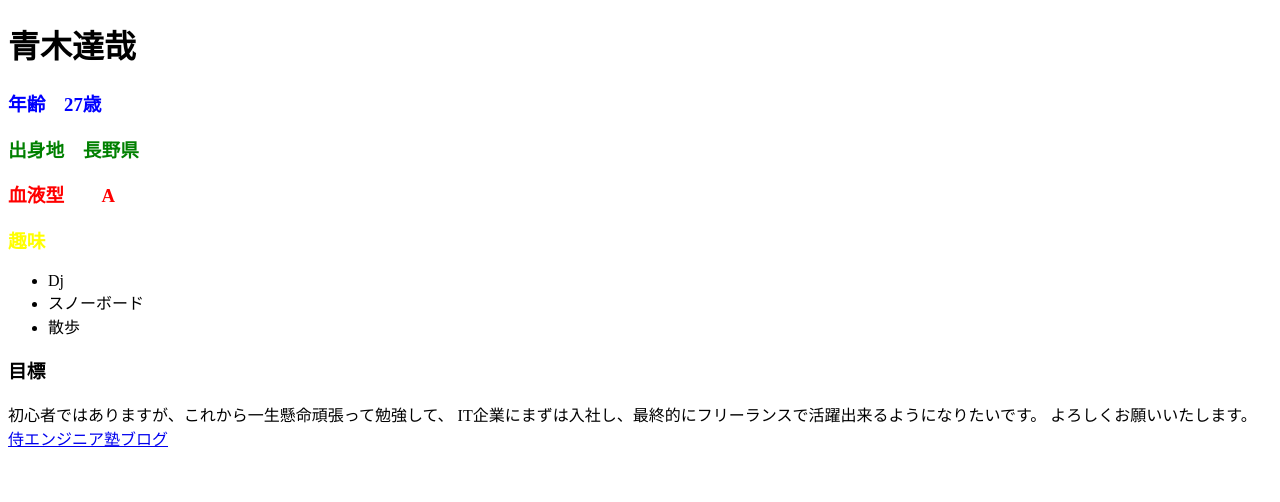
Repository: aotatsu8/samurai_HTML-CSS
Page: profile.html
The author's editor kept a record of every edit. The page is drawn from the files as they stood at one moment, then again after the next edit.
The browser window is 1280 px wide. The pictures show the whole page.

Above is the page before.

After the next edit:
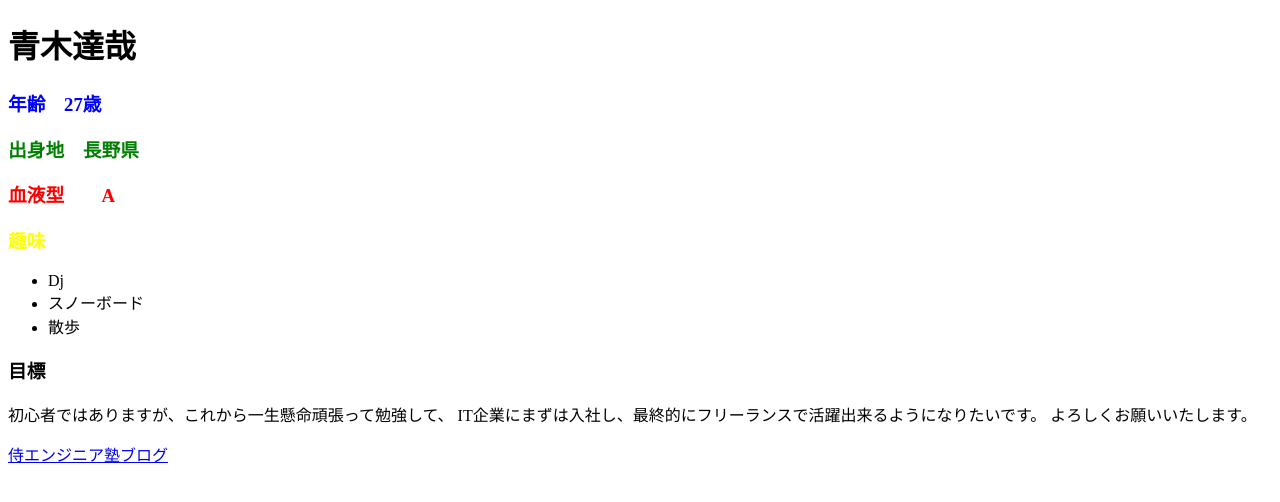
The edit:
--- a/profile.html
+++ b/profile.html
@@ -20,7 +20,7 @@
     <h3 fw="bold">目標</h3>
    <p>初心者ではありますが、これから一生懸命頑張って勉強して、
     IT企業にまずは入社し、最終的にフリーランスで活躍出来るようになりたいです。
-    よろしくお願いいたします。
+    よろしくお願いいたします。</p>
     </body>
 </html>
 <html lang="ja">
